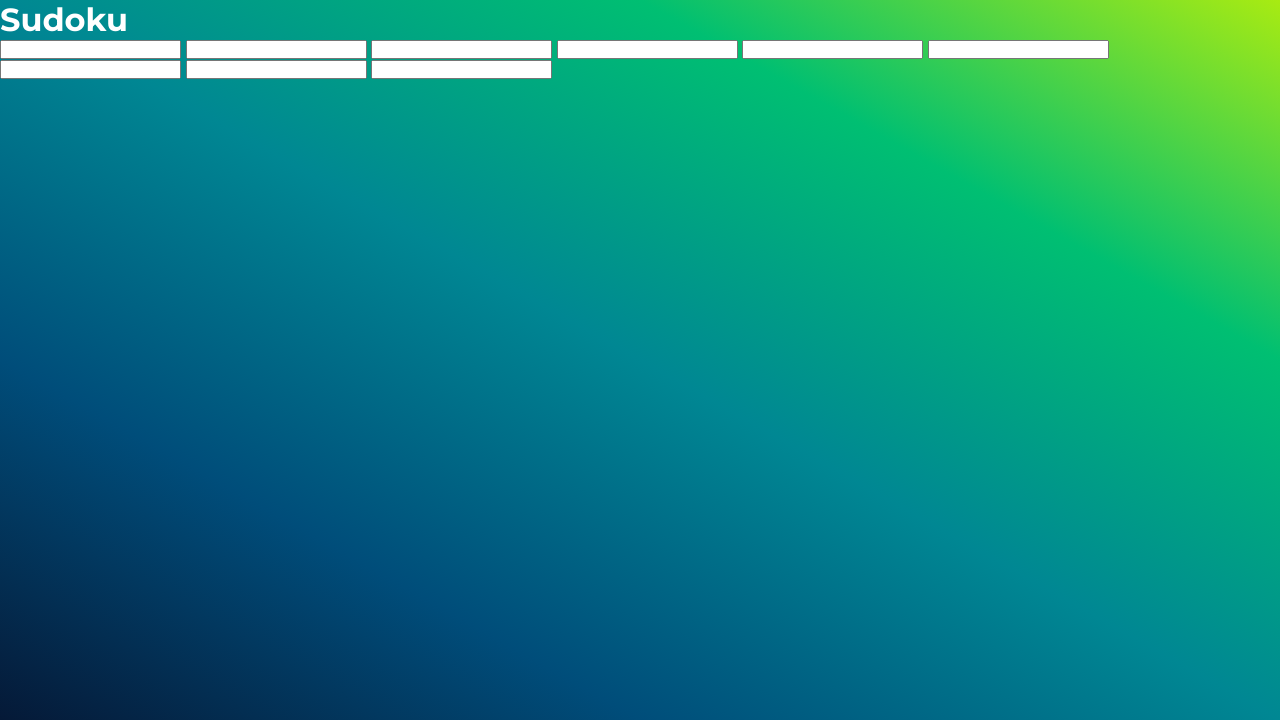
Repository: pattypetrikova/sudoku
Page: index.html
The author's editor kept a copy of each file at every save. The page is drawn from the files as they stood at one save, then again after the next save.
The browser window is 1280 px wide. The pictures show the whole page.

Above is the page before, as saved 2022-12-30 10:13:28.

### index.html
<!DOCTYPE html>
<html lang="en">
<head>
    <meta charset="UTF-8">
    <meta http-equiv="X-UA-Compatible" content="IE=edge">
    <meta name="viewport" content="width=device-width, initial-scale=1.0">
    <link rel="stylesheet" href="./assets/style.css">
    <link rel="preconnect" href="https://fonts.googleapis.com">
    <link rel="preconnect" href="https://fonts.gstatic.com" crossorigin>
    <link href="https://fonts.googleapis.com/css2?family=Montserrat:ital,wght@0,700;1,400&display=swap" rel="stylesheet">
    <title>Sudoku</title>
</head>
<body>
    <main class="background">
        <div class="game">
            <div class="head">
                <h1 class="title">Sudoku</h1>
                <div class="buttons"></div>
            </div>
            <div class="gameboard">
                <form action="">
                    <input class="number" type="text">
                    <input class="number" type="text">
                    <input class="number" type="text">
                    <input class="number" type="text">
                    <input class="number" type="text">
                    <input class="number" type="text">
                    <input class="number" type="text">
                    <input class="number" type="text">
                    <input class="number" type="text">
                </form>
            </div>
            <div class="footer">
                <div class="footer-buttons">

                </div>
            </div>
        </div>
    </main>
</body>
</html>

### assets/style.css
/* simple reset */
* {
    margin: 0;
    padding: 0;
    box-sizing: border-box;
}

/* general styles */
.game {
    font-family: 'Montserrat', sans-serif;
    color: white;
}

/* project styles */

.background {
    background-image: linear-gradient(to right top, #051937, #004d7a, #008793, #00bf72, #a8eb12);
    height: 100vh;
}

After the next save:
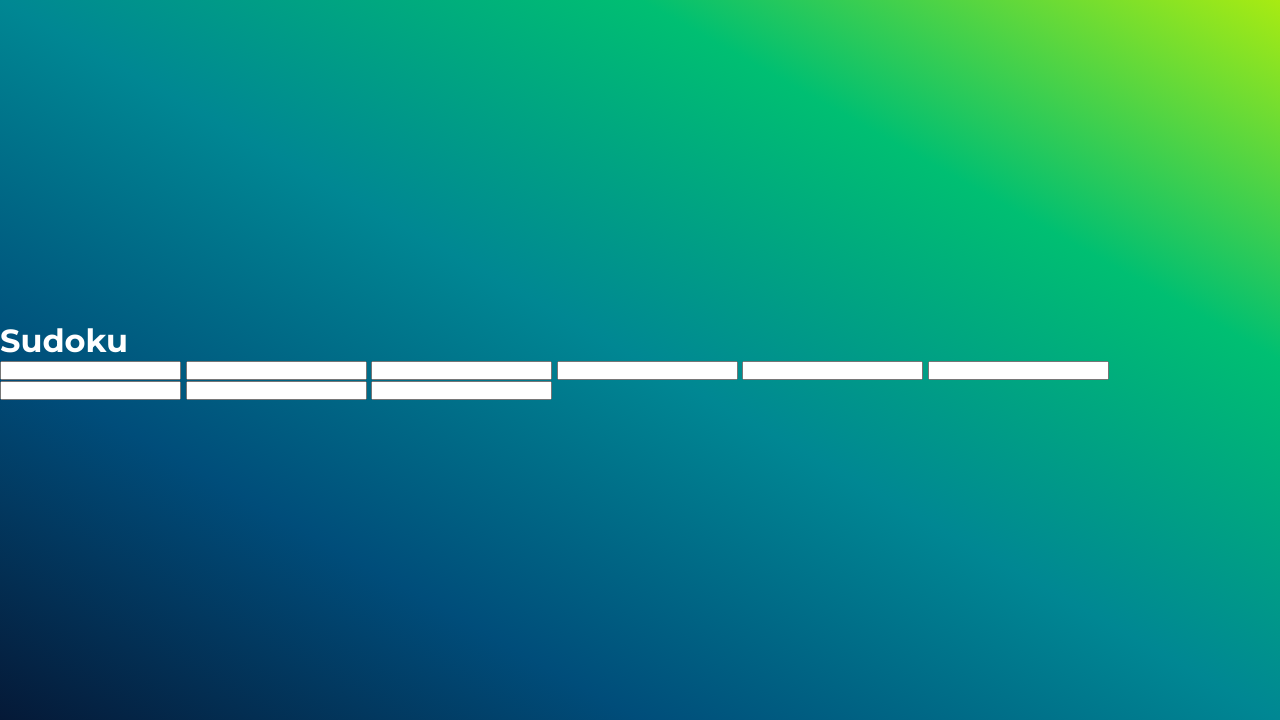
Saved 67 s later.
--- a/assets/style.css
+++ b/assets/style.css
@@ -16,4 +16,12 @@
 .background {
     background-image: linear-gradient(to right top, #051937, #004d7a, #008793, #00bf72, #a8eb12);
     height: 100vh;
+    display: flex;
+    align-items: center;
+    justify-content: center
 }
+
+
+.game {
+    display: ;
+}
